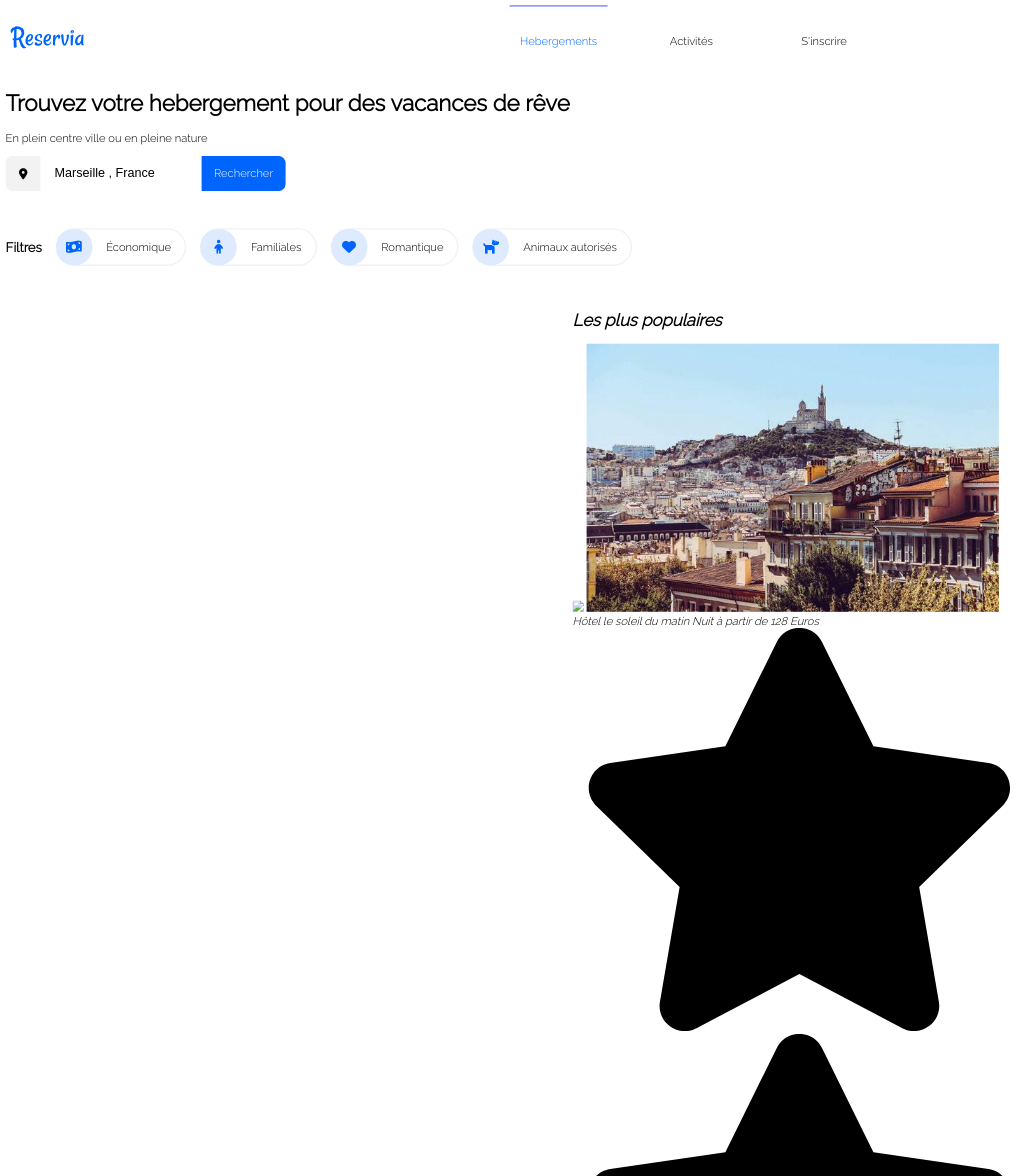
Repository: jaydeeonghub/DYLANBARBARISI_2_16062021
Page: index.html
The author's editor kept a copy of each file at every save. The page is drawn from the files as they stood at one save, then again after the next save.
The browser window is 1280 px wide. The page is 1466 px wide, then 1475 px, so the pictures cover 1475 px, including what lies to the right of the window. The pictures show the part of the page from y = 0 to 1680 px (the page is 28050 px tall), at 70% of full size.
Some web libraries are served in a nearby version.

Above is the page before, as saved 2021-07-07 19:29:18.

### index.html
<!DOCTYPE html>
<html lang="fr">
<head>
    <script src="https://kit.fontawesome.com/864c7a6a3c.js" crossorigin="anonymous"></script>
    <link href="//netdna.bootstrapcdn.com/font-awesome/3.2.1/css/font-awesome.css" rel="stylesheet">
    <link rel="preconnect" href="https://fonts.gstatic.com">
    <link href="https://fonts.googleapis.com/css2?family=Raleway:wght@300&display=swap" rel="stylesheet">
    <link rel="stylesheet" href="Assets\Style\Styles.css">
        <meta charset="UTF-8">
        <meta http-equiv="X-UA-Compatible" content="IE=edge">
        <meta name="viewport" content="width=device-width, initial-scale=1.0">
    <title>Reservia</title>
</head>
<body>
    <header>
    <div class="Barre_de_navigation"> <!--Barre de navigation-->
        <div>
        <img
             class="marglogo"
             src="Assets/Logo/Reservia@3x.png"
             alt="Logo Reservia Responsive"
             srcset="Assets/Logo/Reservia.svg"
             width="120px"
             height="50px"
        />
    </div>
<nav class="LiensNav flexAround">
        <div class=" LiensNav2 flexCentre bordureNav">
        <a class="colorBleu decorationNone" href="#Hebergements">Hebergements</a>
    </div>
        <div class="LiensNav2 flexCentre">
        <a class="LiensColor2 decorationNone" href="#Activités">Activités</a>
    </div>
        <div class="LiensNav2 flexCentre"
            <a class="colorBleu decorationNone" href="#S'inscrire">S'inscrire</a></div>
    </nav>
    </header>
<main>
    <h1 class="texteGras">
    Trouvez votre hebergement pour des vacances de rêve
    </h1> <!--Titre d'accroche de la landing page-->
    <p>En plein centre ville ou en pleine nature</p>
    <div class="filtre margFiltreTitre">
        <div class="backGris flexCentre iconSize">
            <i class="fas fa-map-marker-alt"></i></div>
        <div>
            <input
                class="recherche flexCentre bordureNone paddingSearch"
                type="search"
                value="Marseille , France"
                />
            </div>
        <div class="backBleu flexCentre buttonSearch">Rechercher</div>
          </div>
          <div class="filtre margFiltre">
              <div class="margFiltreTitre"><h3>Filtres</h3></div>
          <div class="flexBetween filtreTexteIcons">
              <i class="fas fa-money-bill-wave fa-lg filtreIcons flexCentre"></i>
              <div class="filtreTexte flexCentre">Économique</div>
          </div>
          <div class="flexBetween filtreTexteIcons">
              <i class="fas fa-child fa-lg filtreIcons flexCentre"></i>
              <div class="filtreTexte flexCentre">Familiales</div>
          </div>
          <div class="flexBetween filtreTexteIcons">
              <i class="fas fa-heart fa-lg filtreIcons flexCentre"></i>
              <div class="filtreTexte flexCentre">Romantique</div>
          </div>
          <div class="flexBetween filtreTexteIcons">
              <i class="fas fa-dog fa-lg filtreIcons flexCentre"></i>
              <div class="filtreTexte flexCentre">Animaux autorisés</div>
          </div>
        </div>
    <div class="info">
        <div class="parentIcon flexCentre">
        <i class="fas fa-info fa-xs colorBleu"></i>
        </div>
    <p>Plus de 500 Logements sont disponibles dans cette ville</p> <!--Nombre approximatif de logements disponibles aux alentours-->
        <section class="flexAround">
                <div class="sizeHebergements backGris">
                <h3>Hébergements à Marseille</h3>
        <div>
            <img src="Assets/Images/4_small/florian-wehde-xW9e8gdotxI-unsplash.jpg"
                      />
                <span>
                    Auberge de la Cannebière
                </span>
                <span>
                    Nuit à partir de 25 Euros
                </span>
                <div>
                    <i><img src="Assets/Icons/star-solid.svg"</i>
                    <i><img src="Assets/Icons/star-solid.svg"</i>
                    <i><img src="Assets/Icons/star-solid.svg"</i>
                    <i><img src="Assets/Icons/star-solid.svg"</i>
                    <i><img src="Assets/Icons/star-solid.svg"</i>
                </div>
        <div>
            <img src="Assets/Images/4_small/kevin-hikari-rV_Qd1l-VXg-unsplash.jpg"
                    />
                <span>
                    Hôtel du port
                </span>
                <span>
                    Nuit à partir de 52 Euros
                </span>
                    <div>
                        <i><img src="Assets/Icons/star-solid.svg"</i>
                        <i><img src="Assets/Icons/star-solid.svg"</i>
                        <i><img src="Assets/Icons/star-solid.svg"</i>
                        <i><img src="Assets/Icons/star-solid.svg"</i>
                        <i><img src="Assets/Icons/star-solid.svg"</i>
                    </div>

                    <div>
                    <img src="Assets/Images/4_small/kilyan-sockalingum-NR8-cBCN3aI-unsplash.jpg"
                    />

                    <span>
                        Hôtel Les mouettes
                    </span>

                    <span>
                        Nuit à partir de 76 Euros
                        </span>

                        <div>
                            <i><img src="Assets/Icons/star-solid.svg"</i>
                            <i><img src="Assets/Icons/star-solid.svg"</i>
                            <i><img src="Assets/Icons/star-solid.svg"</i>
                            <i><img src="Assets/Icons/star-solid.svg"</i>
                            <i><img src="Assets/Icons/star-solid.svg"</i>
                        </div>
                    </div>
                        <div>
                            <img src="Assets/Images/4_small/lena-paulin-wH2-EJoDcV0-unsplash.jpg"
                            />
                            <span>
                                Hôtel de la mer
                            </span>
                            <span>
                                Nuit à partir de 46 Euros
                            </span>
                            <div>
                                <i><img src="Assets/Icons/star-solid.svg"</i>
                                <i><img src="Assets/Icons/star-solid.svg"</i>
                                <i><img src="Assets/Icons/star-solid.svg"</i>
                                <i><img src="Assets/Icons/star-solid.svg"</i>
                                <i><img src="Assets/Icons/star-solid.svg"</i>
                            </div>
                            <div>
                                <img src="Assets/Images/4_small/paul-hermann-QFTrLdQIRhI-unsplash.jpg"
                                />
                                <span>
                                    Auberge Le Panier
                                </span>
                                <span>
                                    Nuit à partir de 23 Euros
                                </span>
                                <div>
                                    <i><img src="Assets/Icons/star-solid.svg"</i>
                                    <i><img src="Assets/Icons/star-solid.svg"</i>
                                    <i><img src="Assets/Icons/star-solid.svg"</i>
                                    <i><img src="Assets/Icons/star-solid.svg"</i>
                                    <i><img src="Assets/Icons/star-solid.svg"</i>
                                </div>
                                <div>
                                    <img src="Assets/Images/4_small/reno-laithienne-QUgJhdY5Fyk-unsplash.jpg"
                                    />
                                    <span>
                                        Hôtel Chez Amina
                                    </span>
                                    <span>
                                        Nuit à partir de 96 Euros
                                    </span>
                                    <div>
                                        <i><img src="Assets/Icons/star-solid.svg"</i>
                                        <i><img src="Assets/Icons/star-solid.svg"</i>
                                        <i><img src="Assets/Icons/star-solid.svg"</i>
                                        <i><img src="Assets/Icons/star-solid.svg"</i>
                                        <i><img src="Assets/Icons/star-solid.svg"</i>
                                    </div>
                                </div>

                                </section><!--Hebergements à Marseille-->
            <aside>
                <h2>Les plus populaires</h2>
                <img src="#icônegraphiqueenfleche"
        <div>
            <img src="Assets/Images/4_small/florian-wehde-xW9e8gdotxI-unsplash.jpg"
                      />
                <span>
                    Hôtel le soleil du matin
                </span>
                <span>
                    Nuit à partir de 128 Euros
                </span>
                <div>
                    <i><img src="Assets/Icons/star-solid.svg"</i>
                    <i><img src="Assets/Icons/star-solid.svg"</i>
                    <i><img src="Assets/Icons/star-solid.svg"</i>
                    <i><img src="Assets/Icons/star-solid.svg"</i>
                    <i><img src="Assets/Icons/star-solid.svg"</i>
                </div>
        <div>
            <img src="Assets/Images/4_small/kevin-hikari-rV_Qd1l-VXg-unsplash.jpg"
                    />
                <span>
                    Au coeur de l'eau Chambre d'hôtes
                </span>
                <span>
                    Nuit à partir de 71 Euros
                </span>
                    <div>
                        <i><img src="Assets/Icons/star-solid.svg"</i>
                        <i><img src="Assets/Icons/star-solid.svg"</i>
                        <i><img src="Assets/Icons/star-solid.svg"</i>
                        <i><img src="Assets/Icons/star-solid.svg"</i>
                        <i><img src="Assets/Icons/star-solid.svg"</i>
                    </div>

                    <div>
                    <img src="Assets/Images/4_small/kilyan-sockalingum-NR8-cBCN3aI-unsplash.jpg"
                    />

                    <span>
                        Hôtel tout bleu et blanc
                    </span>

                    <span>
                        Nuit à partir de 68 Euros
                        </span>

                        <div>
                            <i><img src="Assets/Icons/star-solid.svg"</i>
                            <i><img src="Assets/Icons/star-solid.svg"</i>
                            <i><img src="Assets/Icons/star-solid.svg"</i>
                            <i><img src="Assets/Icons/star-solid.svg"</i>
                            <i><img src="Assets/Icons/star-solid.svg"</i>
                        </div>
                    </div>

            </aside><!-- Les plus populaires-->
    </section>
        <section>
            <h2>Activités à Marseille</h2>
        <div>
            <div>
                <img src="Assets/Images/4_small/kilyan-sockalingum-NR8-cBCN3aI-unsplash.jpg"
                />

                <span>
                    Vieux Port
                </span>
            </div>
            <div>
                <img src="Assets/Images/4_small/kilyan-sockalingum-NR8-cBCN3aI-unsplash.jpg"
                />

                <span>
                    Fort de Pomègues
                </span>
            </div>
            <div>
                <img src="Assets/Images/4_small/kilyan-sockalingum-NR8-cBCN3aI-unsplash.jpg"
                />

                <span>
                    Îles du Frioul
                </span>
            </div>
            <div>
                <img src="Assets/Images/4_small/kilyan-sockalingum-NR8-cBCN3aI-unsplash.jpg"
                />

                <span>
                    Parc National des Calanques
                </span>
            </div>
            <div>
                <img src="Assets/Images/4_small/kilyan-sockalingum-NR8-cBCN3aI-unsplash.jpg"
                />

                <span>
                    Notre-Dame-de-la-Garde
                </span>
            </div>
            <div>
                <img src="Assets/Images/4_small/kilyan-sockalingum-NR8-cBCN3aI-unsplash.jpg"
                />

                <span>
                    Parc Longchamp
                </span>
            </div>
        </div>
        </section><!-- Activités à Marseille-->


    </main>
    <footer>
        <h5>À propos</h5>
            <a href="#Fonctionnementdusite">Fonctionnement du site</a>
            <a href="#CGV">Conditions générales de vente</a>
            <a href="Confidentialité">Données et confidentialité</a>

        <h5>Nos hébergements</h5>
            <a href="#chartequalité">Charte qualité</a>
            <a href="#Soumettrehôtel">Soumettre votre hôtel</a>


        <h5>Assistance</h5>
            <a href="#Centre d'aide">Centre d'aide</a>
            <a href="#Contact">Nous contacter</a>
    </footer>


</body>
</html>

### Assets/Style/Styles.css
*
html,body {font-family: Raleway;}

li {display: inline;}

a {text-decoration: none;}

.flexCentre {

    display: flex;
    justify-content: center;
    align-items: center;
}

.flexAround {

    display: flex;
    justify-content: space-around;
    align-items: center;
}
.flexBetween {
    display: flex;
    justify-content: space-between;
    align-items: center;
}
/* NAV */
.Barre_de_navigation {
    display: flex;
    justify-content: space-between;
    align-items: center;
    font-family: Raleway;
}
.bordureNav {
    border-top: 1px solid blue;
}
.bordureNav2 {
    border-top: 1px solid transparent;
}

.LiensNav {
    width: 45%;
}
.LiensNav2 {
    width: 140px;
    height: 99px;
}
.texteGras {

    font-weight: bold;
}
.sizeNav {
    height: 100px;
}
.LiensColor2 {
    color: black;
}
.marglogo {
    margin-bottom: 7px;
}

/* Colors */
.colorBleu {
    color: #0065fc;
}
.colorBleuClair {
    color: #deebff
}
.colorGris {
    color: #f2f2f2
}
.backBleu {
    background-color: #0065fc;
}
.backBleuClair {
    background-color: #deebff
}
.backGris {
    background-color: #f2f2f2
}

/* HEADER*/
.bordureSearch {
    width: 400px;
    border-radius: 10px;
    border: 0.5px solid #f2f2f2;
}
.paddingSearch {
    padding-left: 20px;
}
.recherche {
    height: 50px;
    width: 230px;
    font-size: 18px;
    color: black
    font-weight: bold
}
.iconSize {
    height: 50px;
    width: 50px;
    border-radius: 10px 0 0 10px;
}
.buttonSearch {
    height: 50px;
    width: 120px;
    color: white;
    cursor: pointer;
    border-radius: 0 10px 10px 0;
}
/* Filtres */

.filtre {
    display: flex;
    align-items: center;
}
.margFiltre {
    margin-top: 50px;
    margin-bottom: 40px;
}
.margFiltreTitre {
    margin-right: 20px;
}
.filtreTexteIcons {
    border: 2px solid #f2f2f2;
    height: 50px;
    border-radius: 30px;
    margin-right: 20px;
}
.filtreIcons {
    margin-left: -2px;
    border-radius: 25px;
    width: 52px;
    height: 52px;
    color: #0065fc;
    background-color: #deebff;
}
.filtreTexteIcons:hover > .filtreTexte {
    color:#0065fc
}
.filtreTexteIcons:hover > .filtreIcons {
    color:white;
    background-color:#0065fc;
}
.filtreTexte {
    height: 50px;
    padding-left: 20px;
    padding-right: 20px;
    border-radius: 0 25px 25px 0;
}
.bordureNone {
    border-style: none
}
/*Info */
.info {
    display: flex;
    align-items:center
}

/* Hebergements */
.sizePopulaires {
    flex: 1;
    height: 650px;
    margin-left: 20px;
    border-radius: 10px;
}
.sizeHebergements {
flex: 2;
height: 650px;
margin-right: 20px;
border-radius: 10px;
}

After the next save:
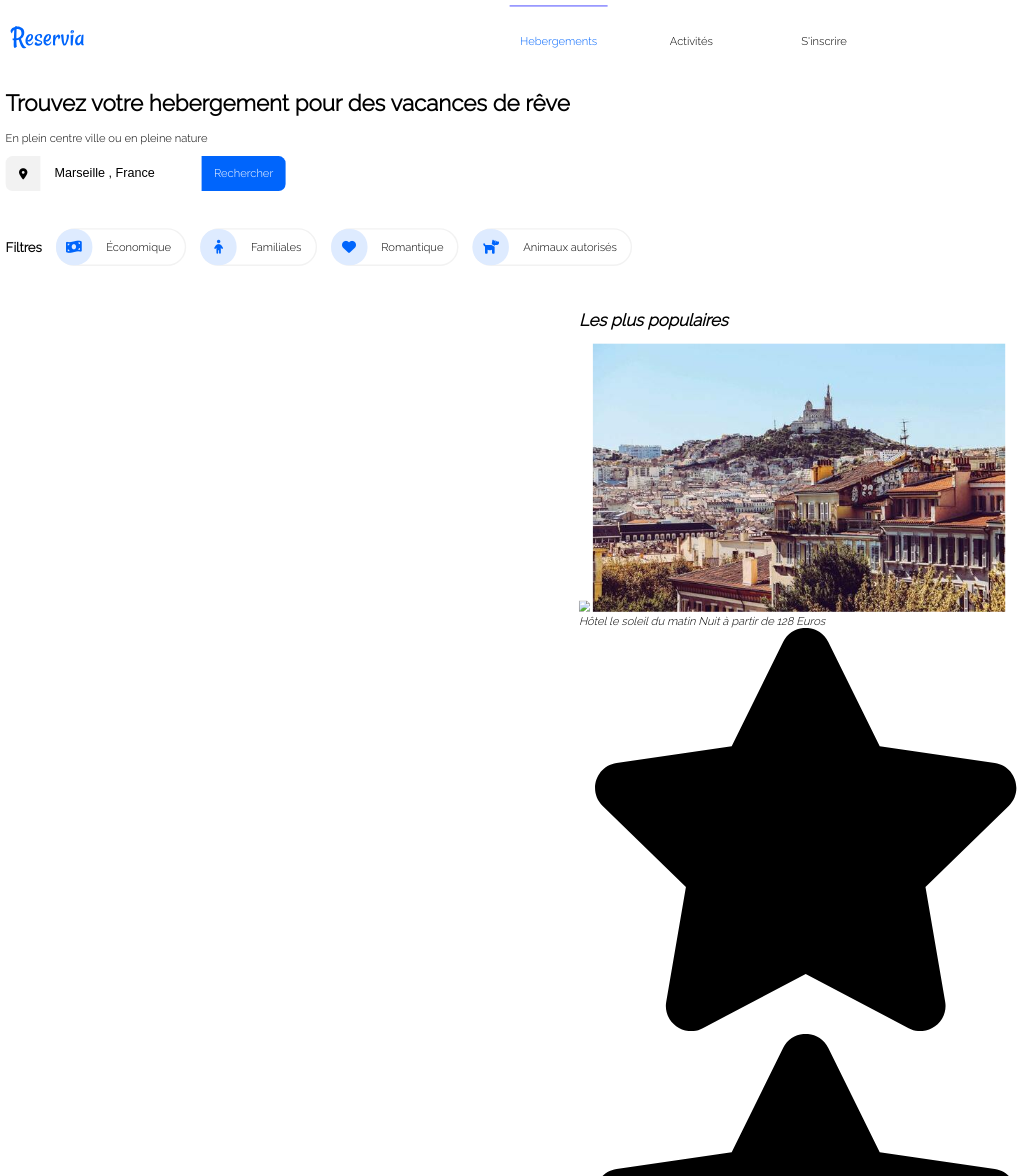
Saved 2 min 18 s later.
--- a/Assets/Style/Styles.css
+++ b/Assets/Style/Styles.css
@@ -168,3 +168,10 @@ height: 650px;
 margin-right: 20px;
 border-radius: 10px;
 }
+.parentIcon {
+    width: 20px;
+    height: 20px;
+    border: 2px solid #f2f2f2;
+    border-radius: 25px;
+    margin-right:  5px;
+}
